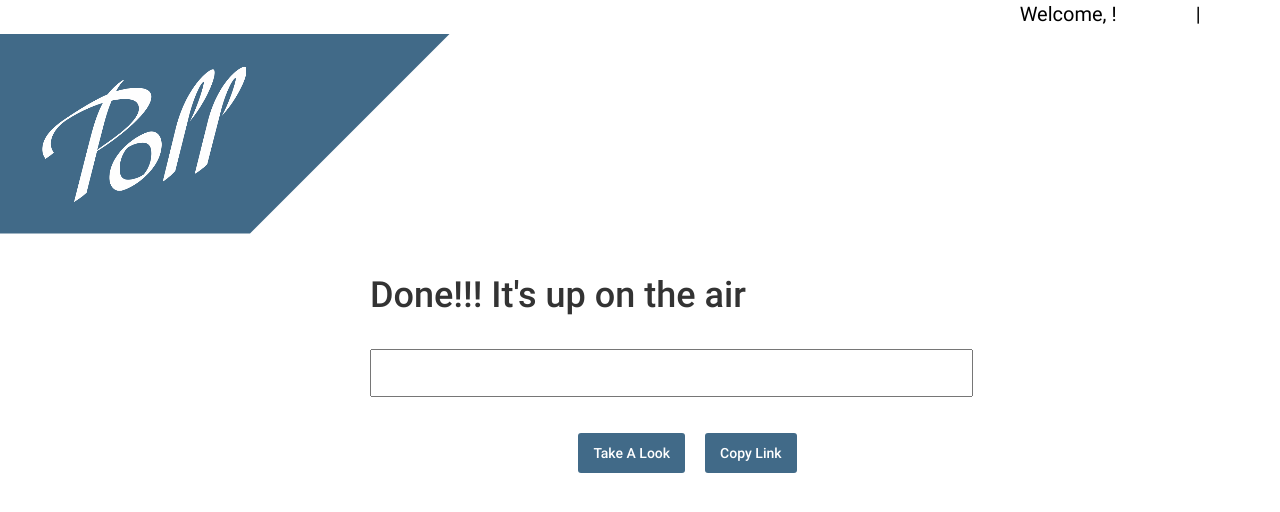
Repository: zoeyleqa/voting-app-fcc
Page: public/confirm.html
The author's editor kept a record of every edit. The page is drawn from the files as they stood at one moment, then again after the next edit.
The browser window is 1280 px wide. The pictures show the whole page.
The page's requests for data from a server got no answer. Some web libraries are served in a nearby version.

Above is the page before.
Not found: public/controllers/confirmHandler.client.js

After the next edit:
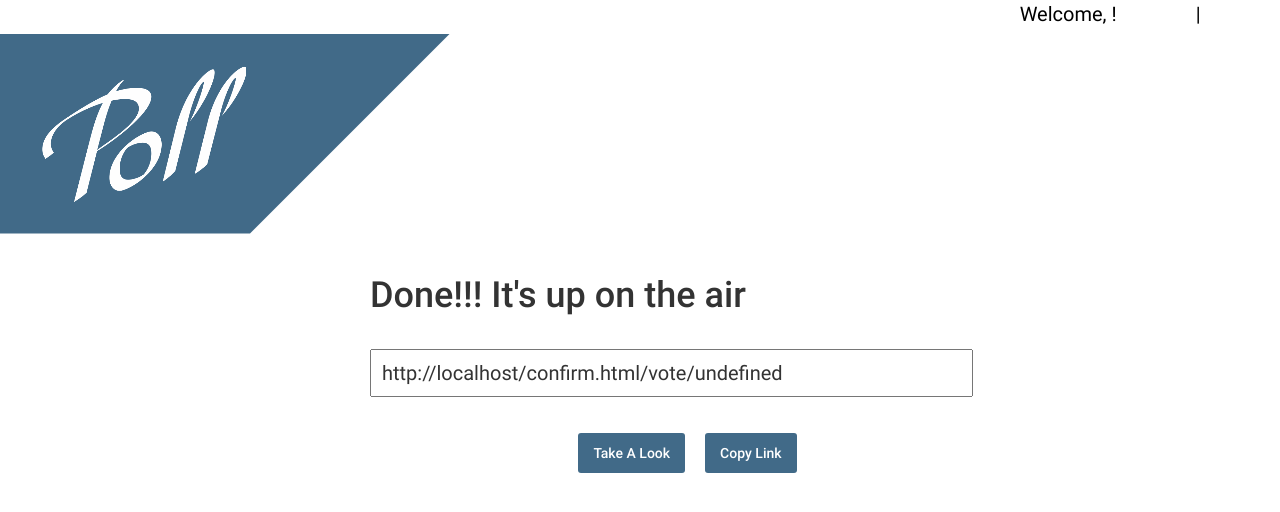
The edit:
--- a/public/confirm.html
+++ b/public/confirm.html
@@ -52,9 +52,9 @@
 		};
 	</script>
 	<script src="https://ajax.googleapis.com/ajax/libs/jquery/3.1.0/jquery.min.js"></script>
-	<script type="text/javascript" src="common/ajax-functions.js"></script>
-	<script type="text/javascript" src="controllers/userController.client.js"></script>
-	<script type="text/javascript" src="controllers/confirmHandler.client.js"></script>
+	<script type="text/javascript" src="/common/ajax-functions.js"></script>
+	<script type="text/javascript" src="/controllers/userController.client.js"></script>
+	<script type="text/javascript" src="/controllers/confirmHandler.client.js"></script>
 
 	</body>
 
